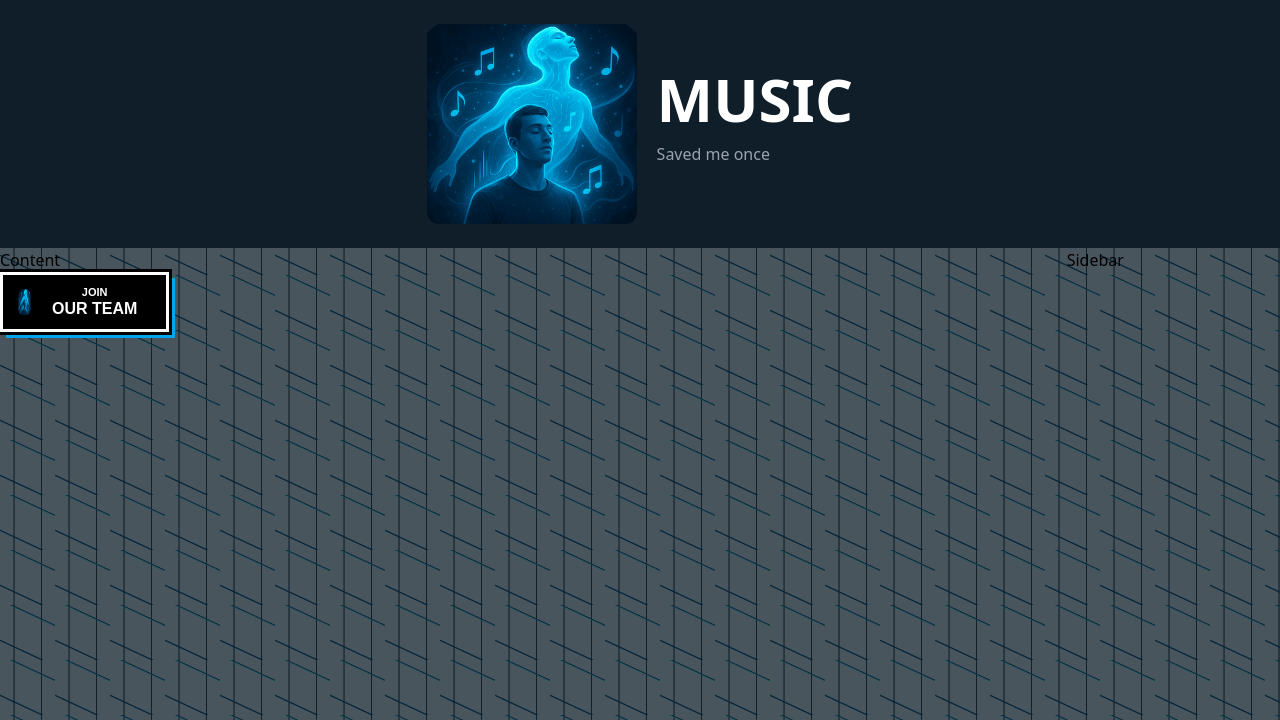
Repository: ItsMe-Pal/something
Page: index.html
These files come from the project's save history. The page is drawn as it stood at one moment and after the next save; the edit follows.
The browser window is 1280 px wide. The pictures show the whole page.
The style sheet was rebuilt from its Sass, Less or Tailwind sources for each picture, by a compiler version that may differ from the author's.

Above is the page before, as saved 2025-06-22 19:02:24.

After the next save:
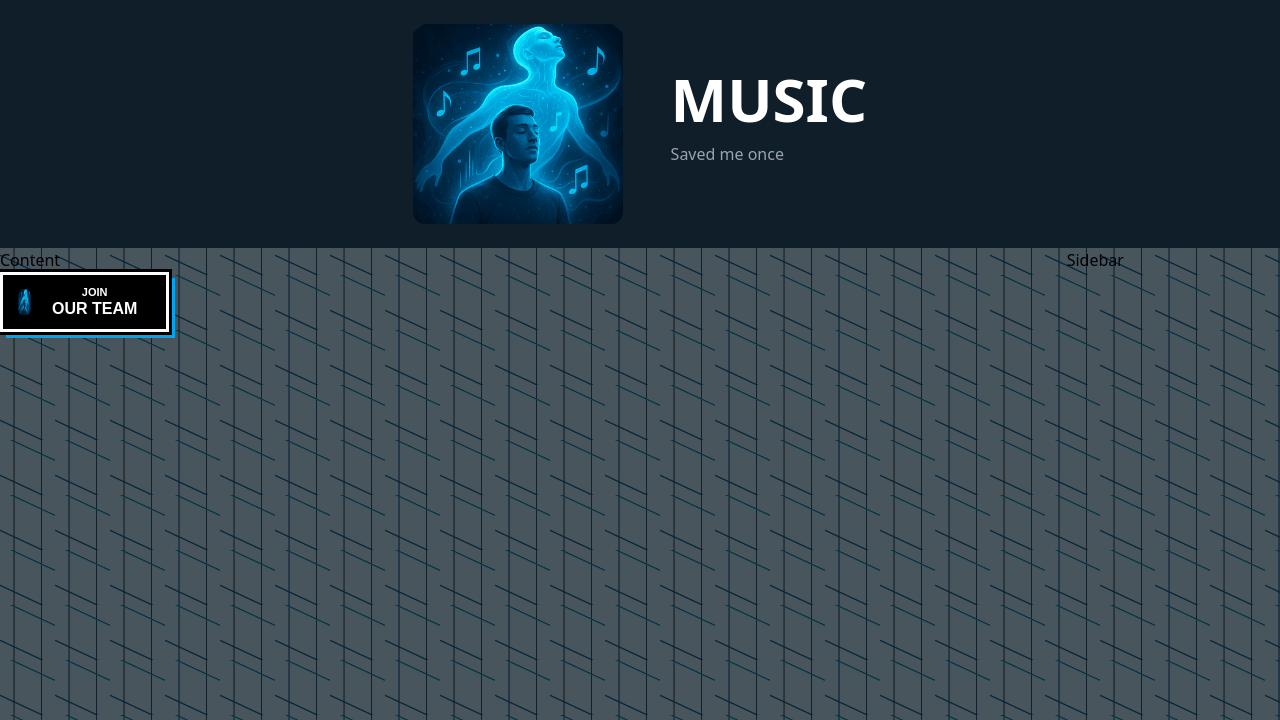
Saved 6 s later.
--- a/index.html
+++ b/index.html
@@ -20,7 +20,7 @@
 
 
                 <header style="background-color: #0f1e29;">
-                    <nav class="mx-auto flex max-w-7xl items-center justify-center gap-5 p-6 lg:px-8" aria-label="Global">
+                    <nav class="mx-auto flex max-w-7xl items-center justify-center gap-12 p-6 lg:px-8" aria-label="Global">
 
                           <img class="h-50 w-auto rounded-xl" src="/imgs/icons/icon-512x512.png" alt="" />
 
